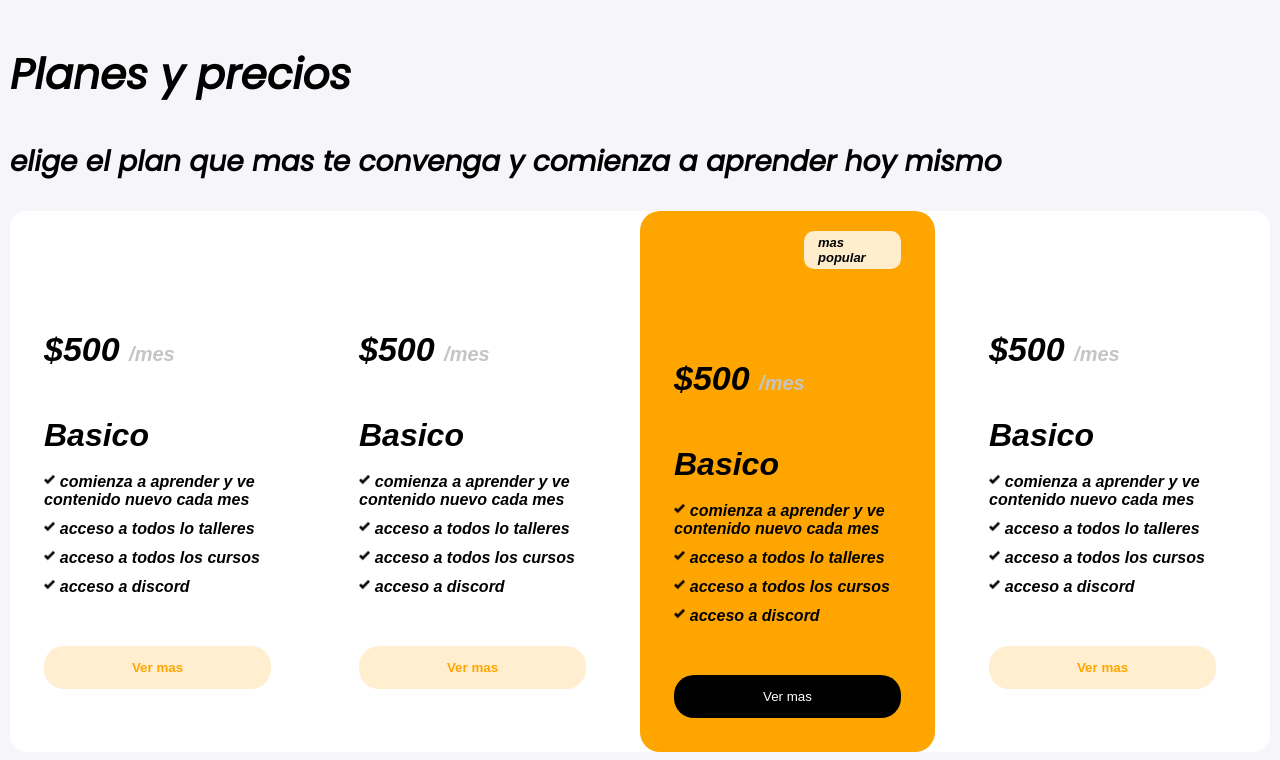
Repository: darkmantiz2/Tarjetas-planes
Page: index.html
An editor plug-in stored every save of this project. The page is shown before and after the next save, followed by the edit.
The browser window is 1280 px wide. The pictures show the whole page.

Above is the page before, as saved 2022-01-11 10:51:56.

After the next save:
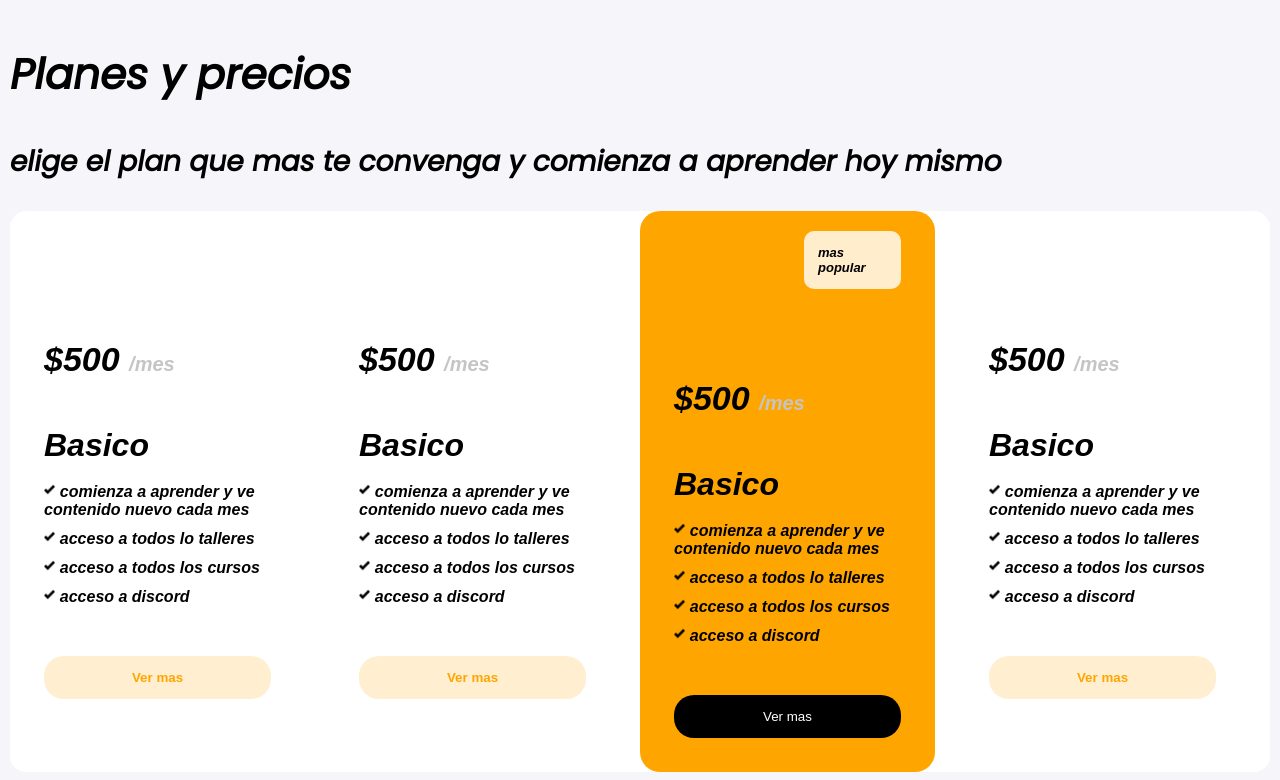
Saved 59 s later.
--- a/css/index.css
+++ b/css/index.css
@@ -143,7 +143,7 @@ body {
   background-color: rgba(255, 255, 255, 0.801);
   margin-top: 20px;
   margin-left: 130px;
-  padding: 4px 14px;
+  padding:  14px;
   border-radius: 10px;
   font-size: small;
 }
